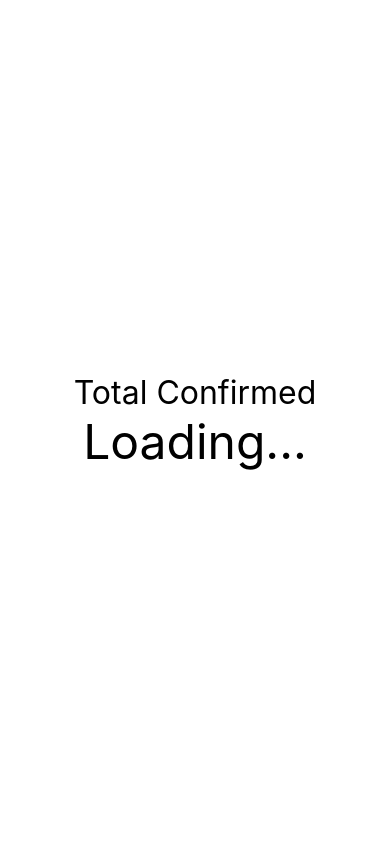
Repository: 0x77dev/coronavirus
Screen: /
The author's editor kept a copy of each file at every save. The screen is drawn from the files as they stood at one save, then again after a run of saves.
The page's requests for data from a server got no answer. The app was drawn by React Native's web renderer in a window 390 px wide. The project was rebuilt for these pictures with package versions that can differ from the ones it lists, and the page was loaded fresh each time. No one was signed in, and anything a server would have sent is missing.

Above is the screen before, as saved 2020-03-13 17:54:08.

After the next 2 saves:
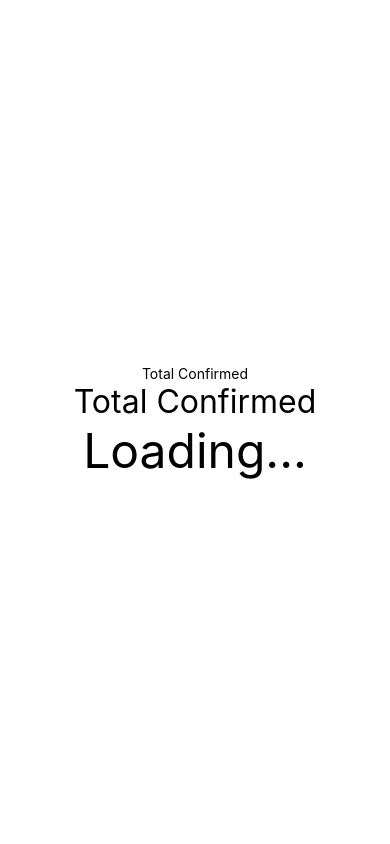
The 2 saves are shown as one change because they came seconds apart.
The last was saved 22 s later.
--- a/App.tsx
+++ b/App.tsx
@@ -13,6 +13,7 @@ export default class App extends React.Component {
   render() {
     return (
       <View style={styles.container} >
+        <Text style={{ fontSize: 14 }}>Total Confirmed</Text>
         <Text style={{ fontSize: 32 }}>Total Confirmed</Text>
         <Text style={{ fontSize: 48 }}>{this.state.totalConfirmed}</Text>
       </View>
